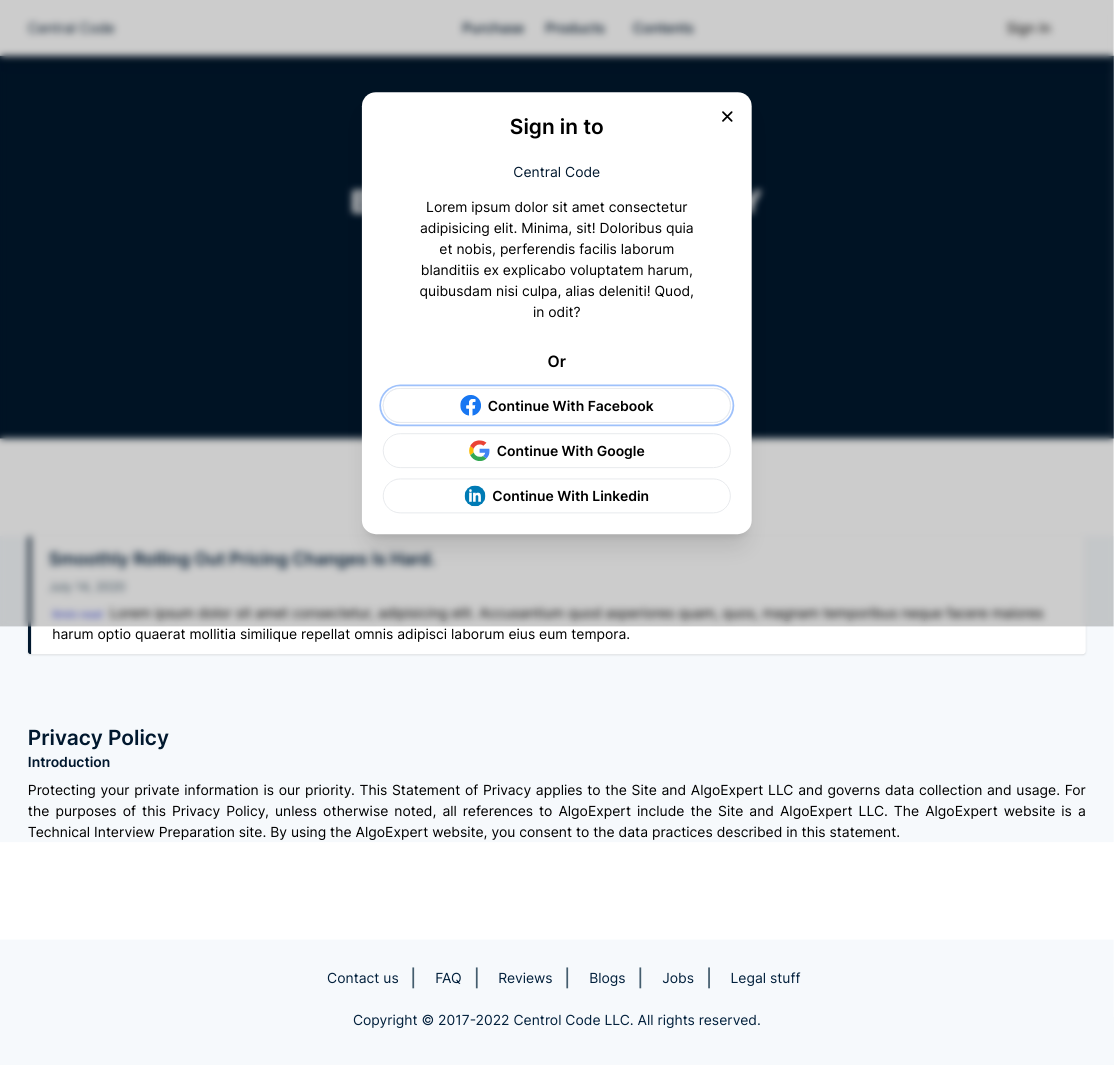
Repository: om1ars/Xjkey
Page: /privacy
An editor plug-in stored every save of this project. The page is shown before and after the next save, followed by the edit.
The browser window is 1280 px wide. The pictures show the whole page, at 87% of full size.
The project was rebuilt for these pictures with package versions that can differ from the ones it lists, and the page was loaded fresh each time. The framework's server and built-in components were replaced by stand-ins that run in the browser. Also part of the build but not shown: next.config.js.

Above is the page before, as saved 2022-03-20 23:28:20.

After the next save:
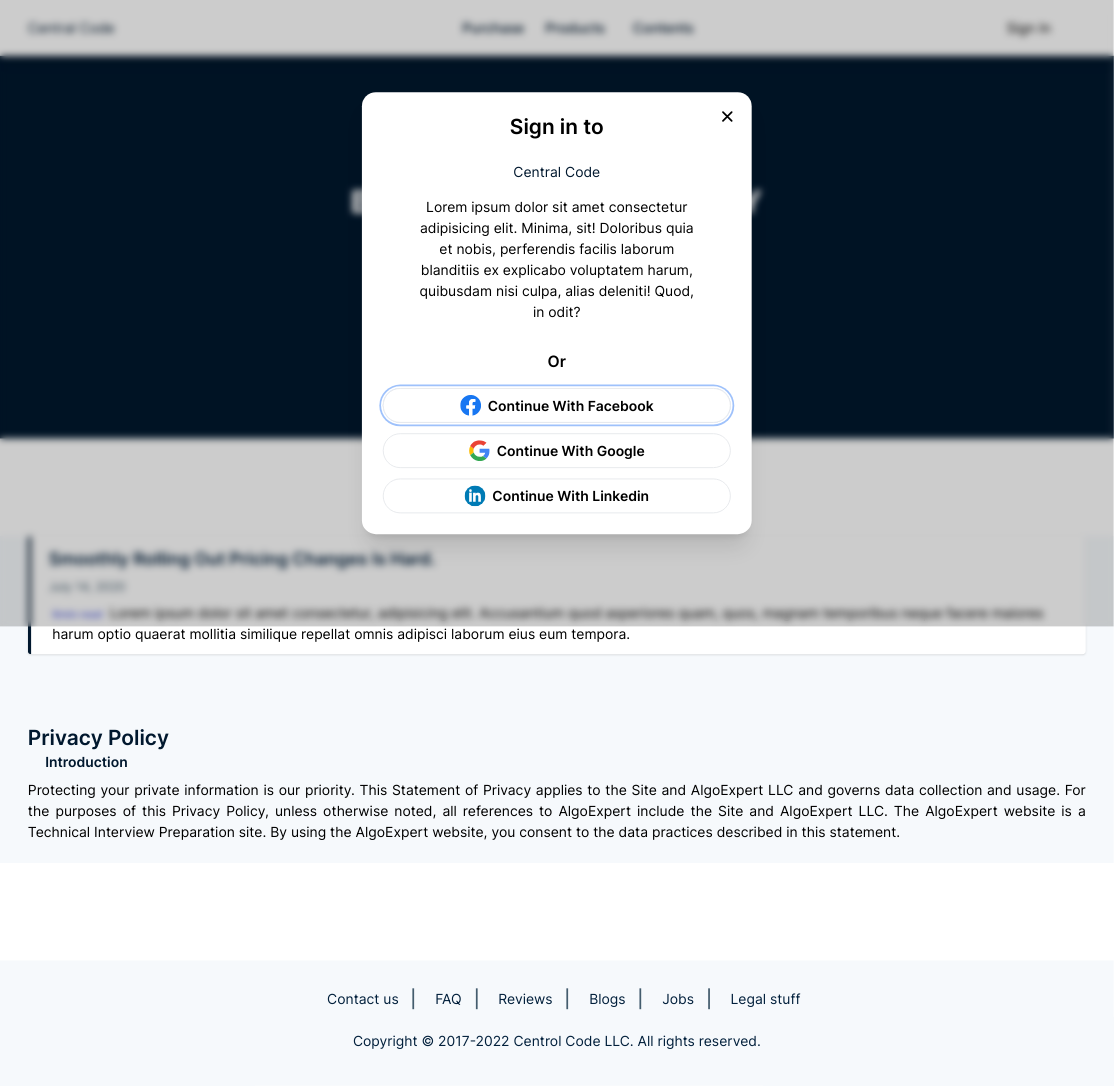
Saved 10 s later.
--- a/src/pages/privacy.tsx
+++ b/src/pages/privacy.tsx
@@ -41,7 +41,7 @@
           <h1 className="text-2xl  font-semibold text-mainBg ">
             Privacy Policy
           </h1>
-          <span className="">
+          <span className="m-5">
             <span className="text-mainBg  font-semibold ">Introduction</span>
             <p className="mt-2 text-justify">
               Protecting your private information is our priority. This
